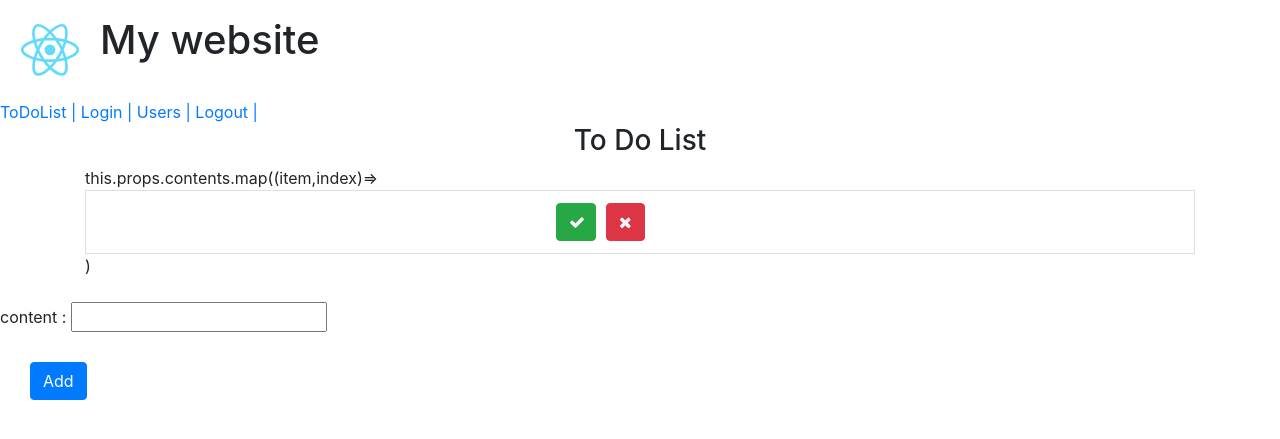
Repository: Marwa-Medhat/ReactJS-Labs
Page: /todolist (app in myapp/)
An editor plug-in stored every save of this project. The page is shown before and after the next save, followed by the edit.
The browser window is 1280 px wide. The pictures show the whole page.
The project was rebuilt for these pictures with package versions that can differ from the ones it lists, and the page was loaded fresh each time.

Above is the page before, as saved 2021-04-30 00:20:50.

After the next save:
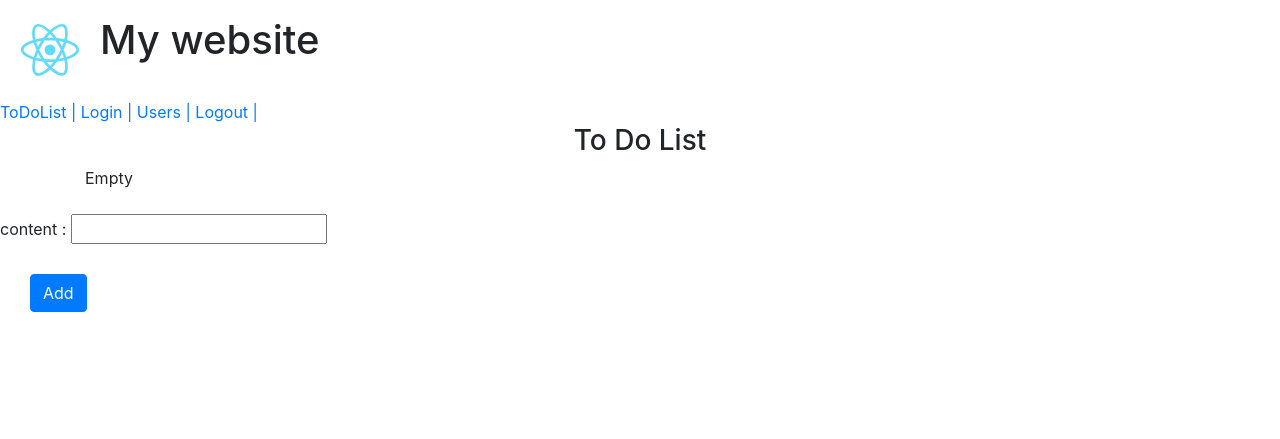
Saved 67 s later.
--- a/myapp/src/todo.js
+++ b/myapp/src/todo.js
@@ -265,13 +265,12 @@ class DisplayTasks extends React.Component{
     render(){
             let btn_class = this.props.mark ? "blackButton" : "whiteButton";
         return <div class="list-group ">
-            <div>this.props.contents.map((item,index)=>{
-            <div className={" list-group-item list-group-item-action "+btn_class}  >
+            {this.props.contents.length > 0 ?this.props.contents.map((item,index)=>{
+                return <div className={" list-group-item list-group-item-action "+btn_class} style={{display: 'inline-block'}} >
        <a style={{width:600 ,fontWeight:'bolder',marginRight:50,}}>{this.props.contents} </a>
        <button  onClick={()=>{this.props.markContent(index)}} className="btn btn-success " style={{ marginLeft: 400,marginRight: 10 ,paddingRight:10}}><i className="fa fa-check "></i></button>
        <button onClick={()=>{this.props.deleteContent(index)}}  className="btn btn-danger" ><i className="fa fa-times btn-danger" ></i></button></div>
-        })
-        </div>
+            }):"Empty"}
         </div>
     }
 }
